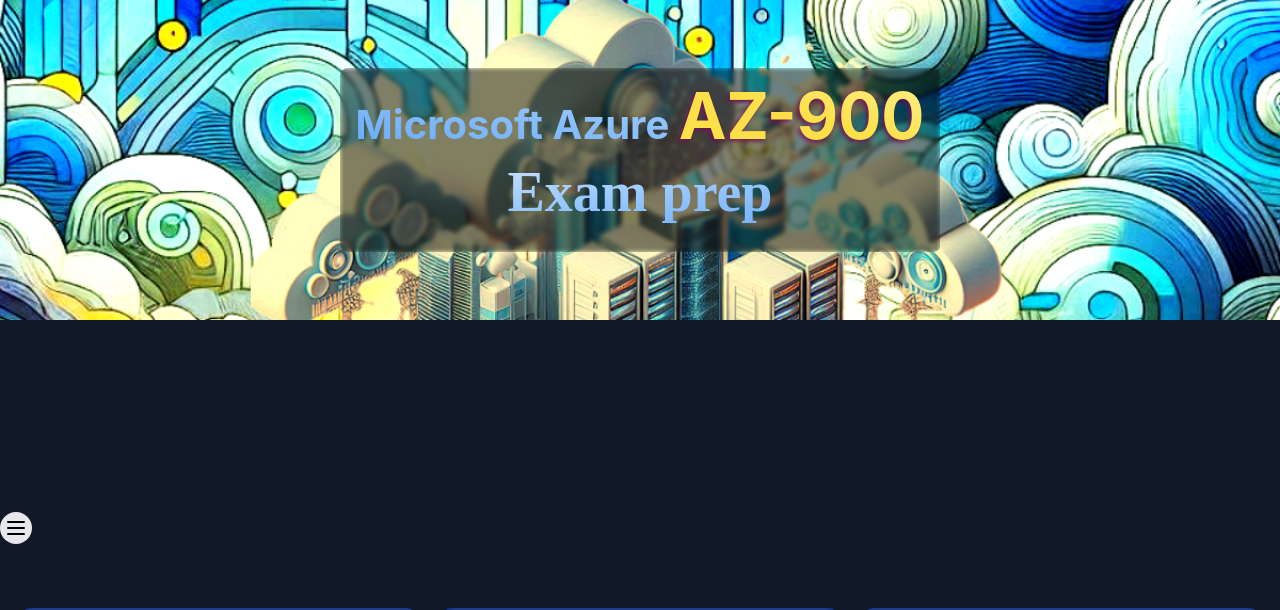
Repository: Freezler/az-900_svelte5
Page: /
The author's editor kept a copy of each file at every save. The page is drawn from the files as they stood at one save, then again after a run of saves.
The browser window is 1280 px wide. The pictures show the part of the page from y = 0 to 610 px (the page is 1966 px tall before and 720 px after).
Pictures or frames that could not be fetched are drawn as grey boxes. The project was rebuilt for these pictures with package versions that can differ from the ones it lists, and the page was loaded fresh each time. The framework's server and built-in components were replaced by stand-ins that run in the browser. Also part of the build but not shown: vite.config.ts.

Above is the page before, as saved 2024-11-06 17:26:12.

After the next 2 saves:
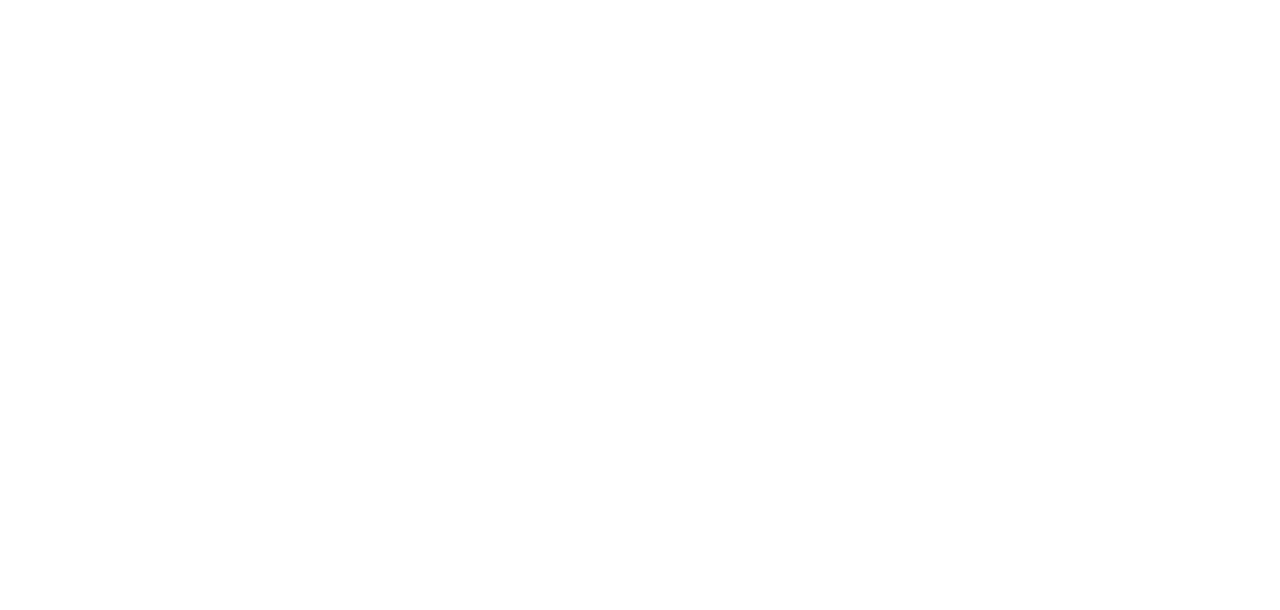
Console error: ReferenceError: showMenu is not defined
The 2 saves are shown as one change because 1 did not build or start.
The last was saved 44 s later.
--- a/src/components/Popover.svelte
+++ b/src/components/Popover.svelte
@@ -1,12 +1,19 @@
-<script>
-	import { fly } from 'svelte/transition';
-	let showMenu = false;
-</script>
+<style>
+	nav {
+		position: absolute;
+		top: 1rem;
+		right: 1rem;
+	}
+</style>
 
-<nav class="relative">
+<nav>
 	<button on:click={() => showMenu = !showMenu} class="flex items-center justify-center w-8 h-8 bg-gray-200 rounded-full">
 		<svg xmlns="http://www.w3.org/2000/svg" class="h-6 w-6" fill="none" viewBox="0 0 24 24" stroke="currentColor">
-			<path stroke-linecap="round" stroke-linejoin="round" stroke-width="2" d="M4 6h16M4 12h16M4 18h16" />
+			{#if showMenu}
+				<path stroke-linecap="round" stroke-linejoin="round" stroke-width="2" d="M6 18L18 6M6 6l12 12" />
+			{:else}
+				<path stroke-linecap="round" stroke-linejoin="round" stroke-width="2" d="M4 6h16M4 12h16M4 18h16" />
+			{/if}
 		</svg>
 	</button>
 
@@ -27,10 +34,3 @@
 		</ul>
 	{/if}
 </nav>
-	{#if showMenu}
-		<button on:click={() => showMenu = false} class="flex items-center justify-center w-8 h-8 bg-gray-200 rounded-full">
-			<svg xmlns="http://www.w3.org/2000/svg" class="h-6 w-6" fill="none" viewBox="0 0 24 24" stroke="currentColor">
-				<path stroke-linecap="round" stroke-linejoin="round" stroke-width="2" d="M6 18L18 6M6 6l12 12" />
-			</svg>
-		</button>
-	{/if}

After the 6 saves that followed:
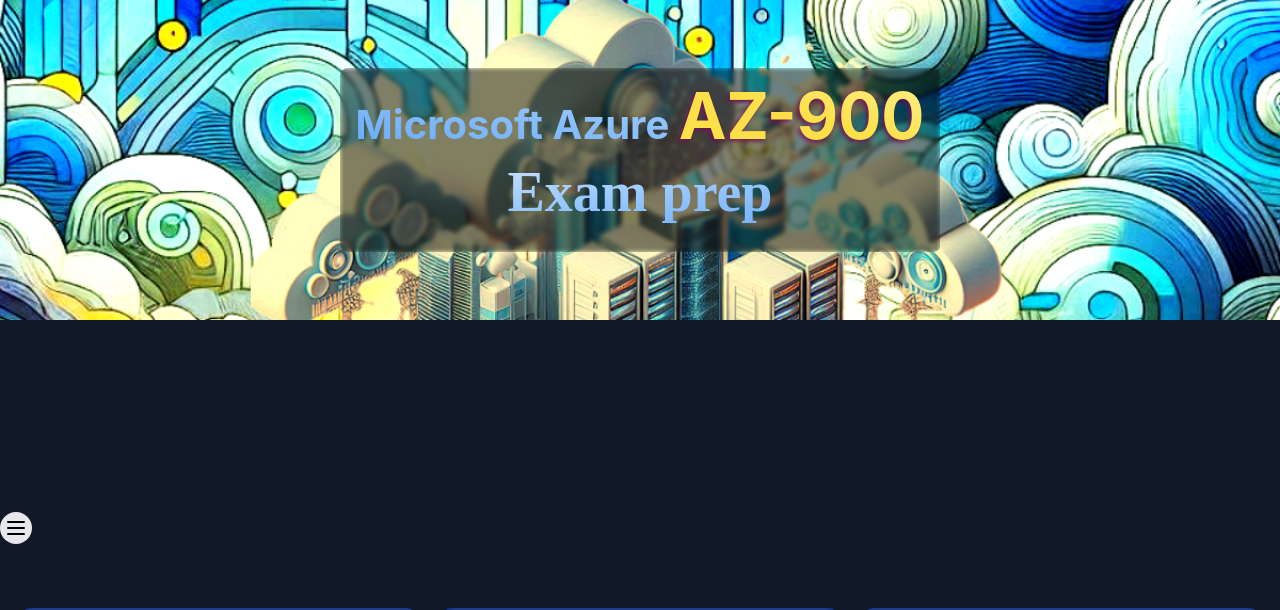
The error is gone.
The 6 saves are shown as one change because 1 did not build or start and 1 left the picture as it was and some came seconds apart.
The last was saved 48 s later.
--- a/src/components/Popover.svelte
+++ b/src/components/Popover.svelte
@@ -1,12 +1,7 @@
-<style>
-	nav {
-		position: absolute;
-		top: 1rem;
-		right: 1rem;
-	}
-</style>
+<script>
+	let showMenu = false
+</script>
 
-<nav>
 	<button on:click={() => showMenu = !showMenu} class="flex items-center justify-center w-8 h-8 bg-gray-200 rounded-full">
 		<svg xmlns="http://www.w3.org/2000/svg" class="h-6 w-6" fill="none" viewBox="0 0 24 24" stroke="currentColor">
 			{#if showMenu}
@@ -33,4 +28,3 @@
 			</li>
 		</ul>
 	{/if}
-</nav>
